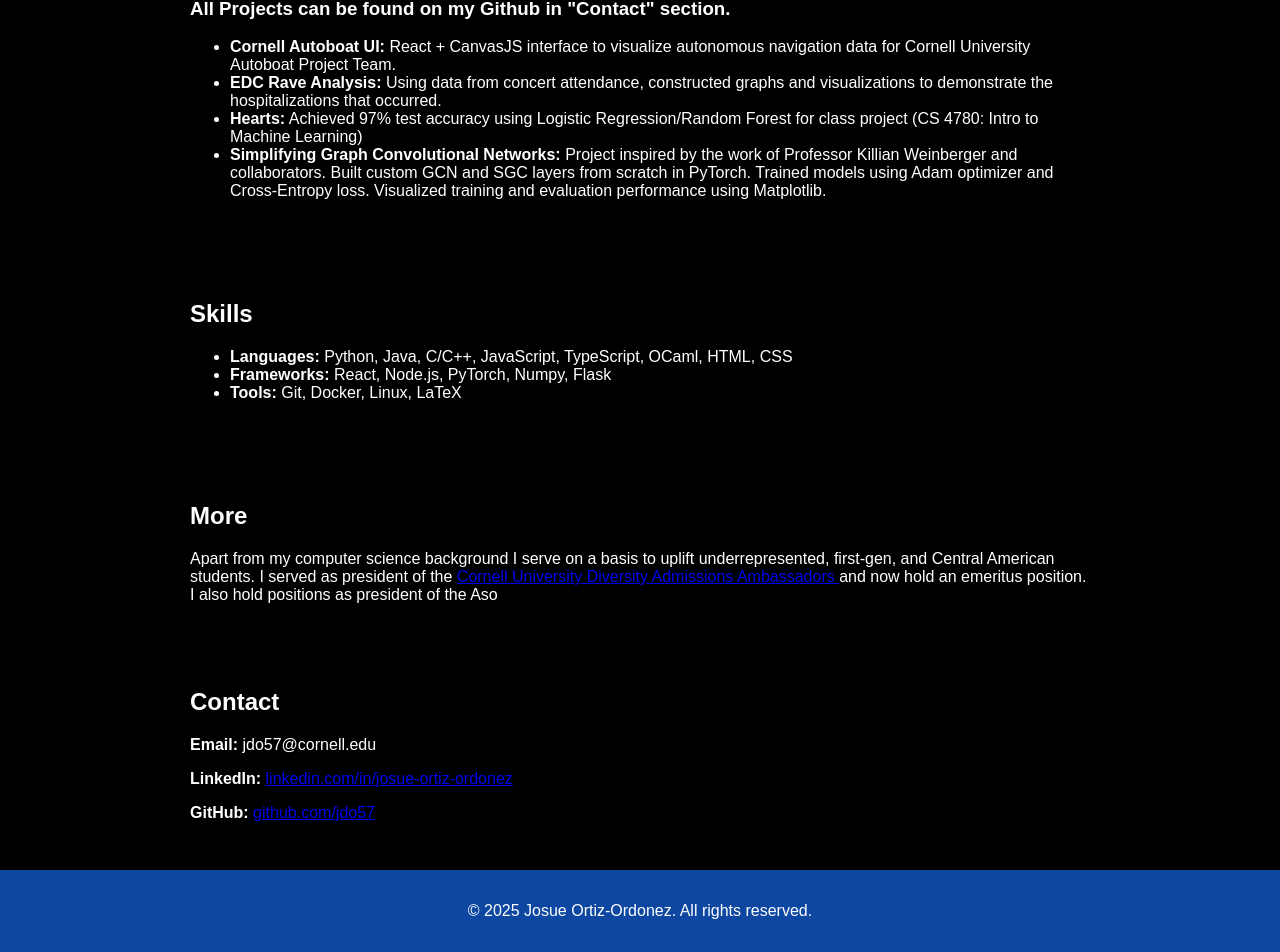
Repository: jdo57/Website
Page: index.html
An editor plug-in stored every save of this project. The page is shown before and after the next save, followed by the edit.
The browser window is 1280 px wide. The pictures show the part of the page from y = 1363 to 2315 px (the page is 2315 px tall).
A picture or video elsewhere on the page could not be fetched, so the positions and the page height are approximate.

Above is the page before, as saved 2025-05-26 21:55:07.

After the next save:
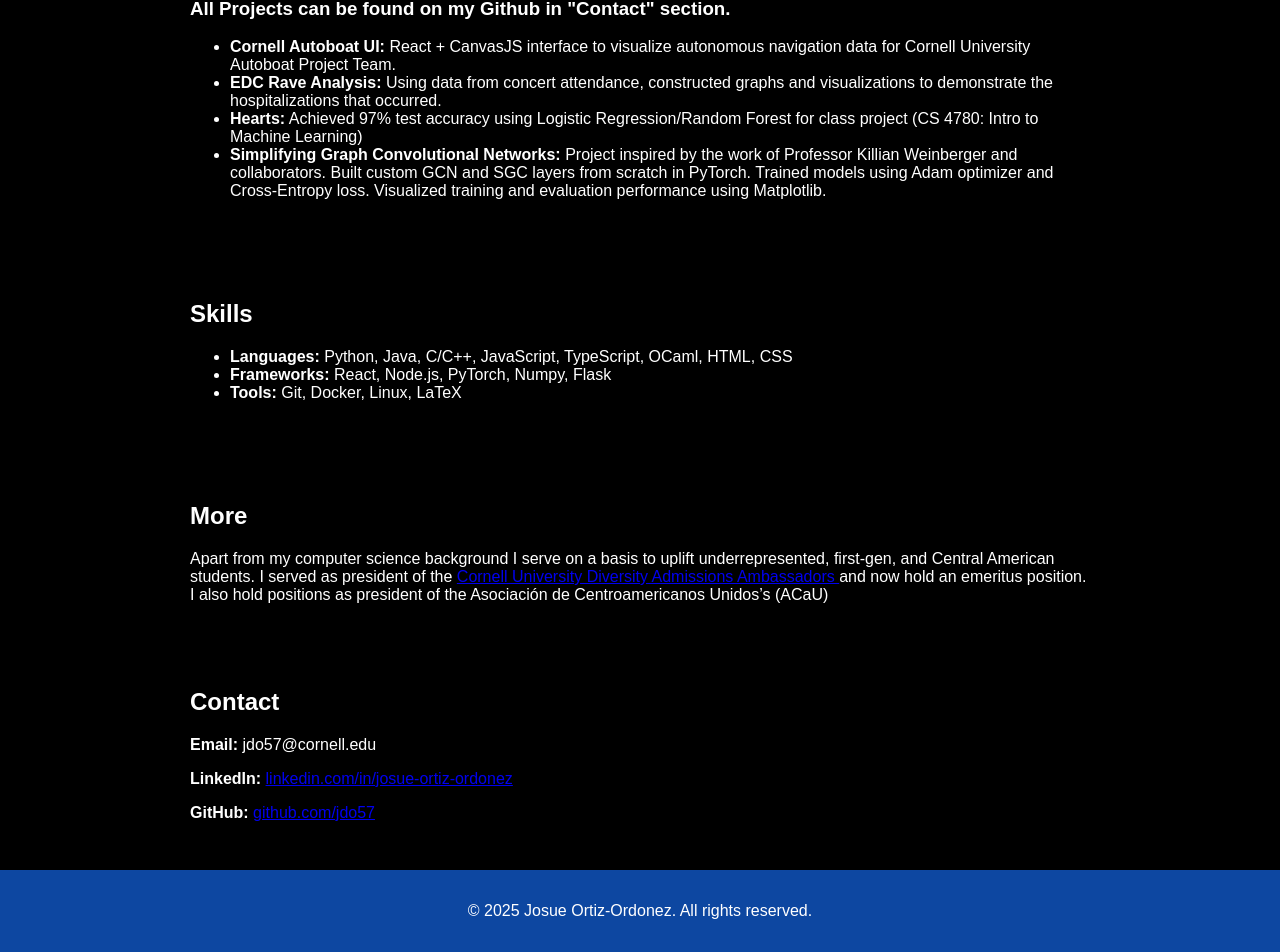
Saved 4 s later.
--- a/index.html
+++ b/index.html
@@ -138,7 +138,8 @@
 
     Apart from my computer science background I serve on a basis to uplift underrepresented, first-gen,
     and Central American students. I served as president of the <a href="https://cornelldaa.wixsite.com/cudaa" target="_blank"> Cornell University Diversity
-      Admissions Ambassadors </a> and now hold an emeritus position. I also hold positions as president of the Aso
+      Admissions Ambassadors </a> and now hold an emeritus position. I also hold positions as president of the
+      Asociación de Centroamericanos Unidos’s (ACaU)
 
   </section>
 
